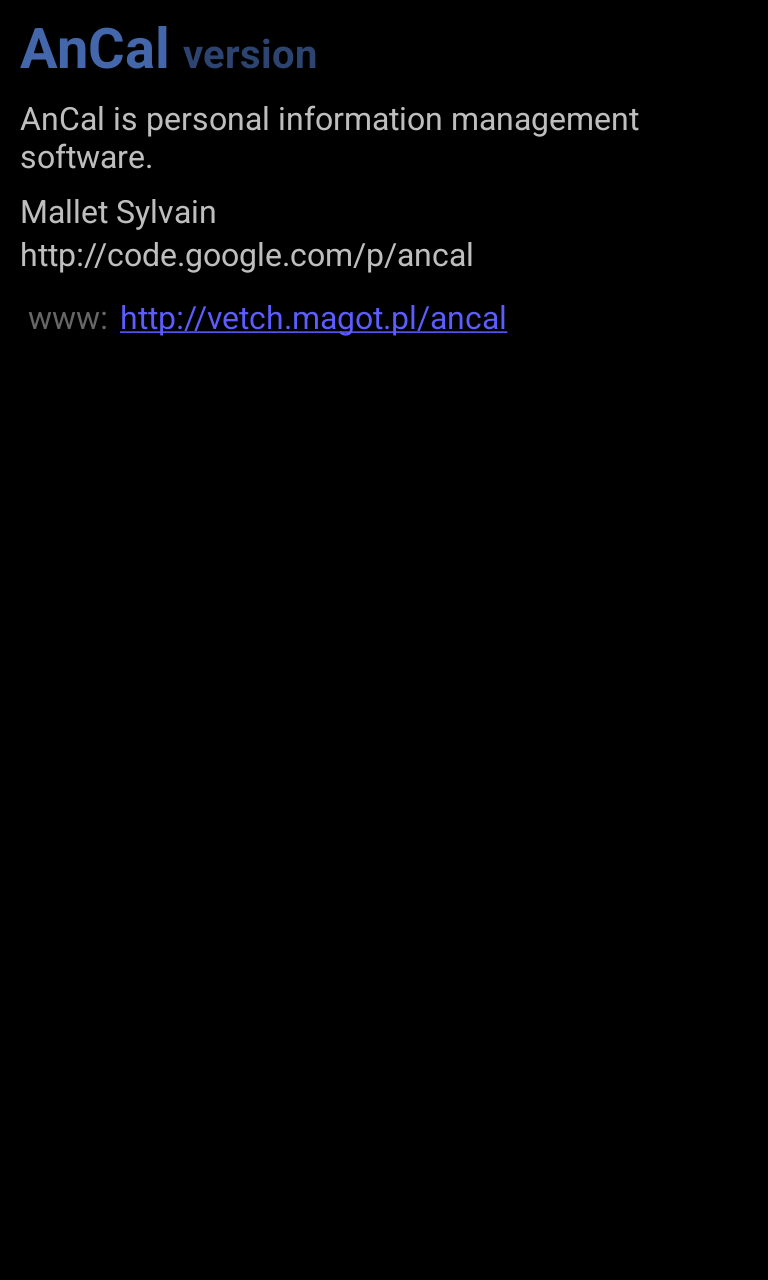
Repository: Projet-Reseau/Projet-Reseau
Layout: SyncApp/res/layout/about.xml
An editor plug-in stored every save of this project. The layout is shown before and after the next save, followed by the edit.
It is drawn on a 768 x 1280 px phone screen (xhdpi) without system bars, with theme android:Theme.Black; the app's code is not run.

Above is the layout before, as saved 2012-10-03 18:43:59.

After the next save:
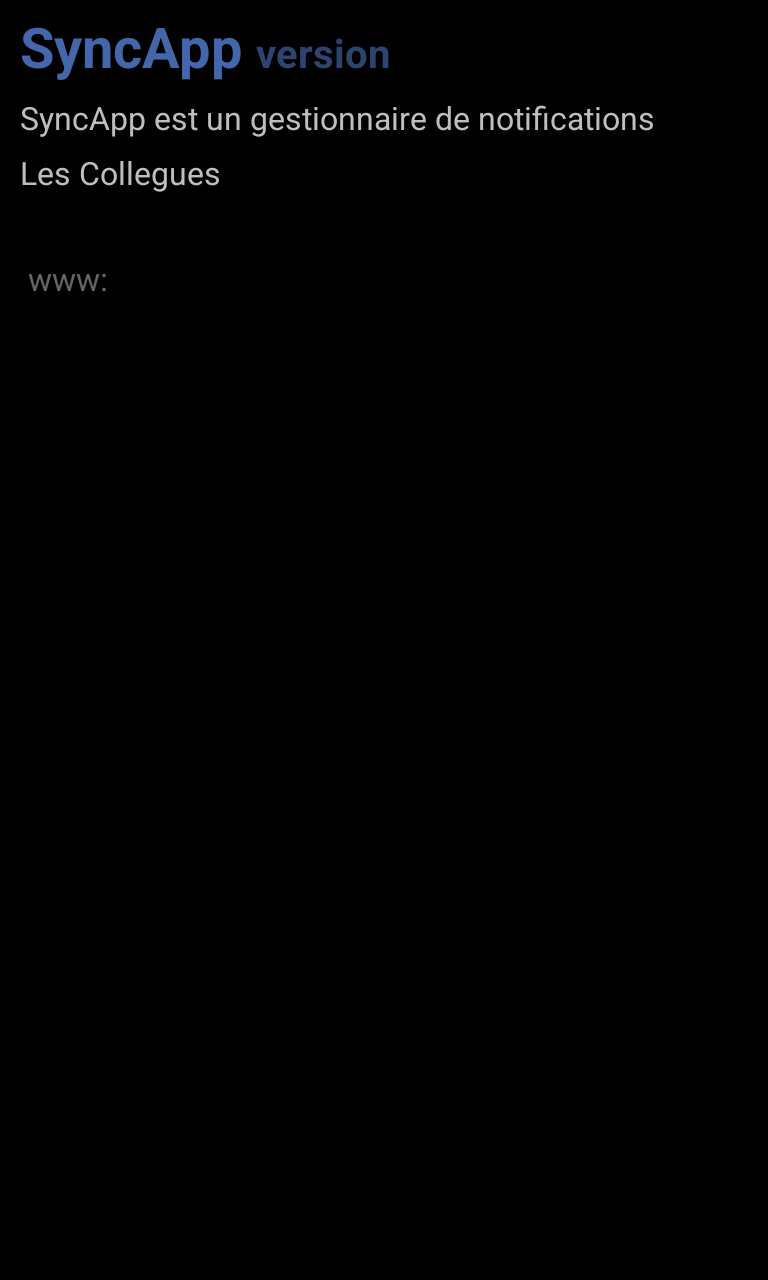
Saved 113 s later.
--- a/SyncApp/res/values/strings.xml
+++ b/SyncApp/res/values/strings.xml
@@ -2,14 +2,14 @@
 <resources>
     <string name="app_website">www:</string>
     <string name="app_email">email:</string>
-    <string name="app_author">Mallet Sylvain</string>
-    <string name="app_authorcopy">http://code.google.com/p/ancal</string>
-    <string name="app_author_www">http://vetch.magot.pl/ancal</string>
-    <string name="app_name">AnCal</string>
+    <string name="app_author">Les Collegues</string>
+    <string name="app_authorcopy"></string>
+    <string name="app_author_www"></string>
+    <string name="app_name">SyncApp</string>
     <string name="app_versionstr">version</string>
     <string name="TimeZone">TimeZone</string>
     <string name="app_type"></string>
-    <string name="app_about">AnCal is personal information management software.</string>
+    <string name="app_about">SyncApp est un gestionnaire de notifications</string>
     <string name="actionNew">New</string>
     <string name="actionNewAppointment">New appointment</string>
     <string name="actionNewTask">New task</string>
